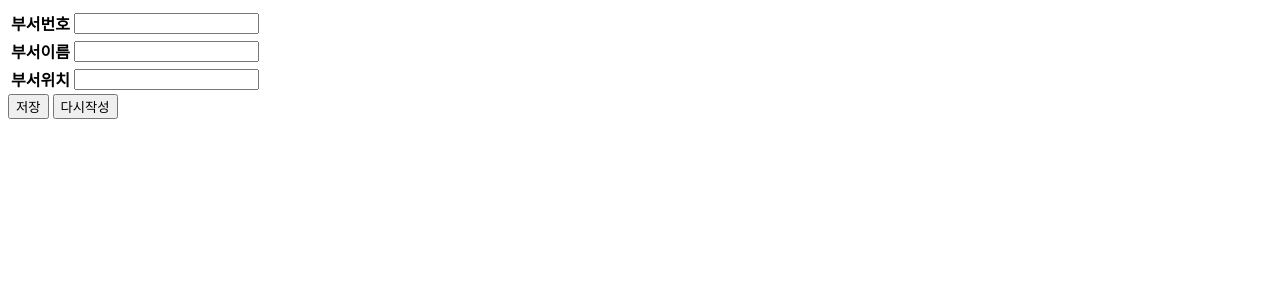
Repository: matodale/Study_SpringBoot
Page: http://localhost/testProject01/dept/deptWrite.jsp
The author's editor kept a copy of each file at every save. The page is drawn from the files as they stood at one save, then again after the next save.
The browser window is 1280 px wide. The pictures show the whole page.
The page is served by Tomcat 9. Nobody is signed in. The application's start-up code is not run.

Above is the page before, as saved 2023-01-06 13:56:30.

After the next save:
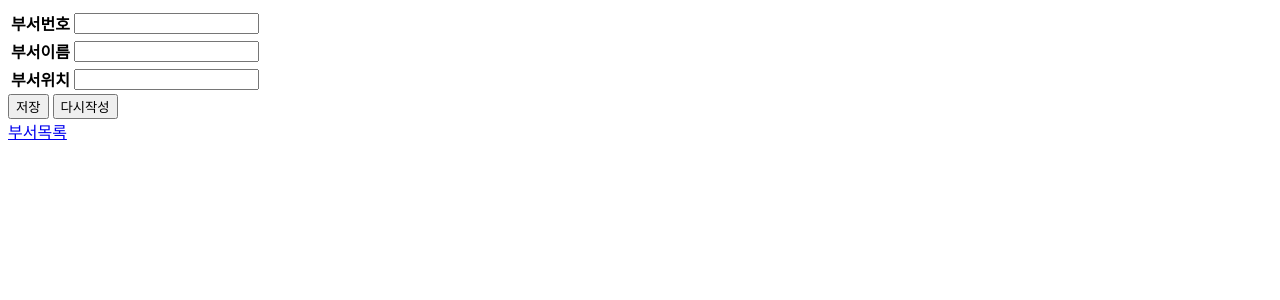
Saved 24 s later.
--- a/testProject01/src/main/webapp/dept/deptWrite.jsp
+++ b/testProject01/src/main/webapp/dept/deptWrite.jsp
@@ -27,5 +27,6 @@
 		<input type="submit" value="저장">
 		<input type="reset" value="다시작성">
 	</form>
+	<a href="http://localhost:8080/testProject01/deptWrite.do">부서목록</a>
 </body>
 </html>
